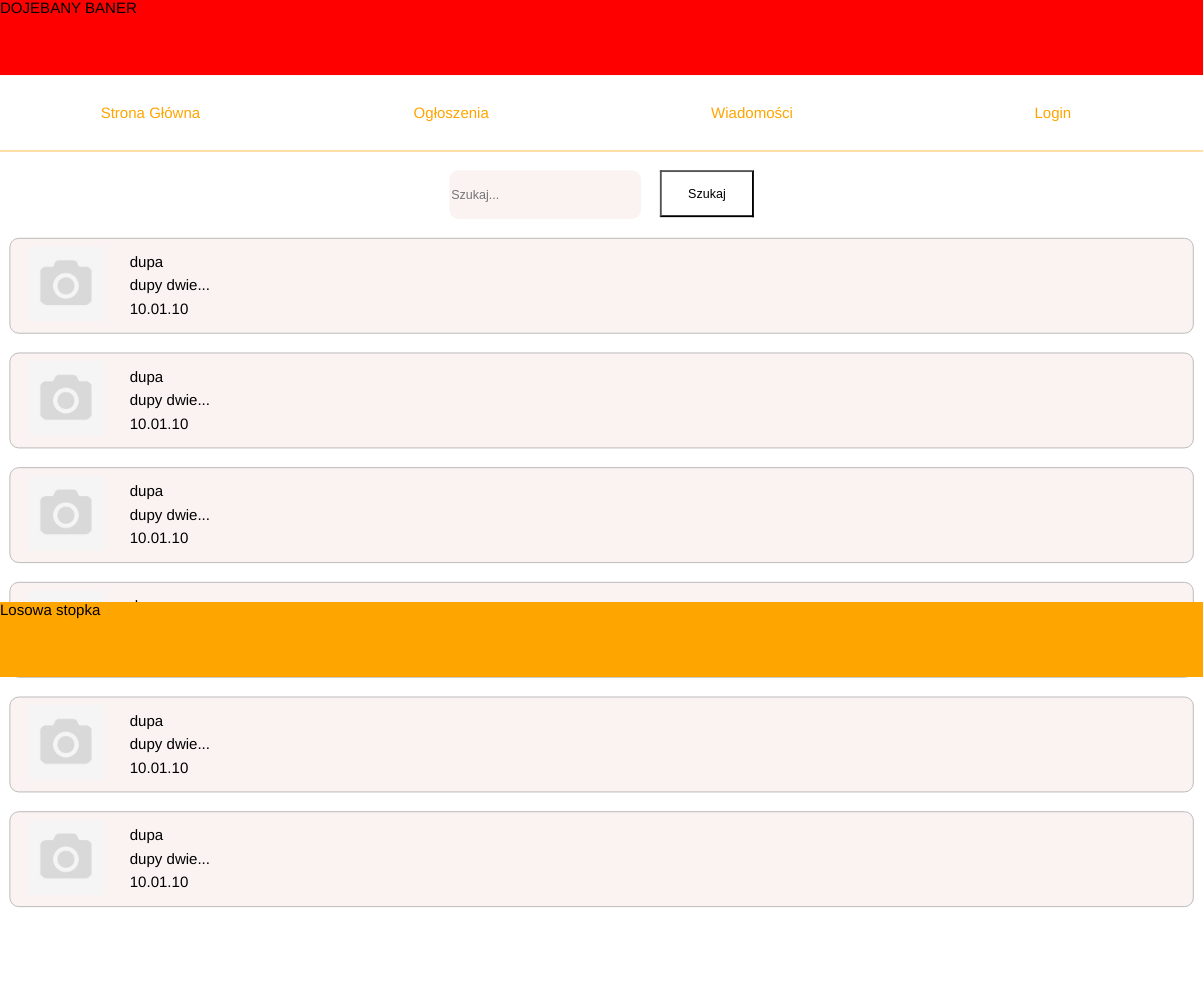
Repository: PatrykStawik/projectppz
Page: /wiadomosci
An editor plug-in stored every save of this project. The page is shown before and after the next save, followed by the edit.
The browser window is 1280 px wide. The pictures show the whole page, at 94% of full size.
The project was rebuilt for these pictures with package versions that can differ from the ones it lists, and the page was loaded fresh each time. The framework's server and built-in components were replaced by stand-ins that run in the browser.

Above is the page before, as saved 2021-05-26 11:39:49.

After the next save:
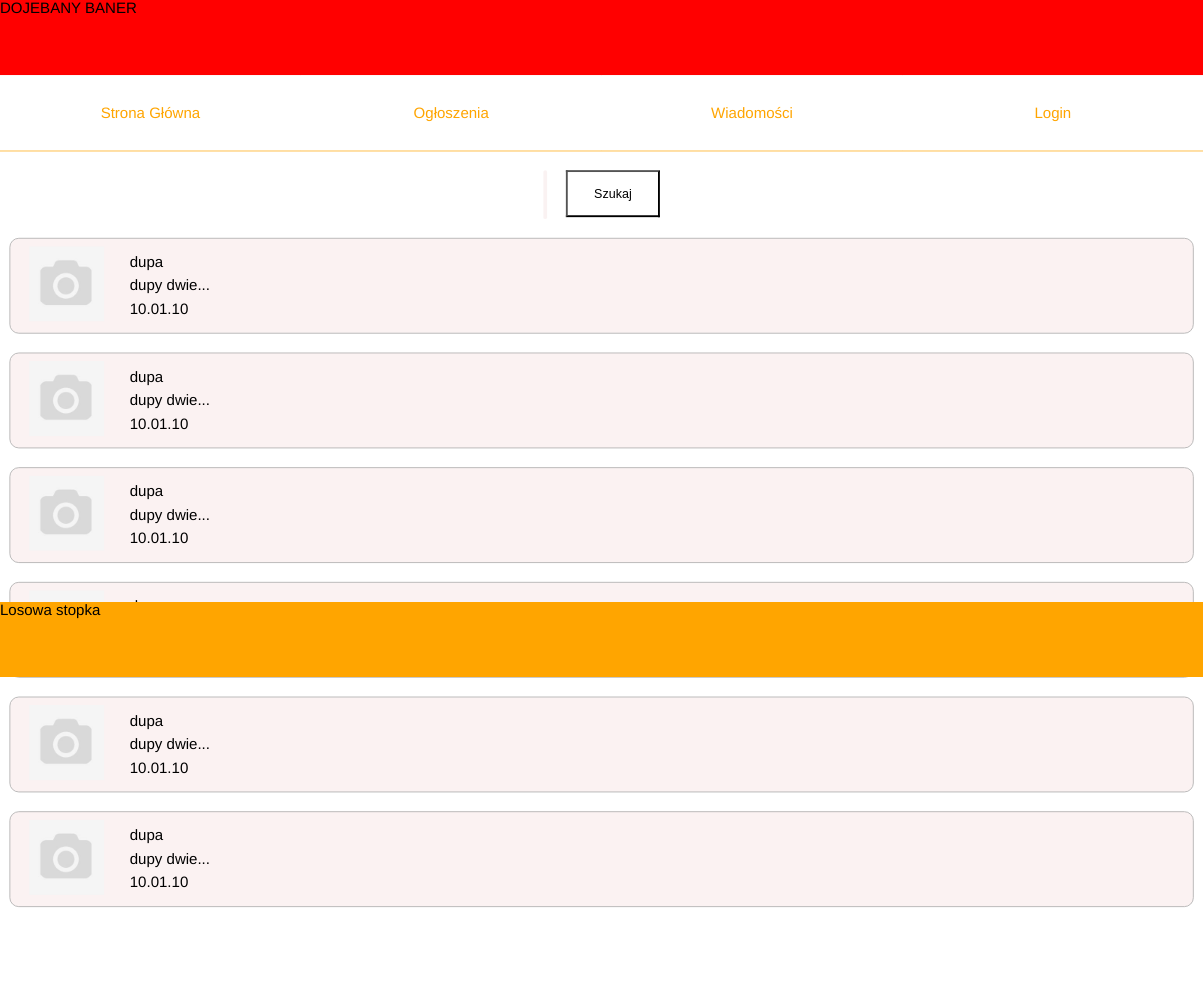
Saved 11 s later.
--- a/components/common/Input/Input.tsx
+++ b/components/common/Input/Input.tsx
@@ -8,7 +8,7 @@ interface Props {
 }
 
 const StyledInput = styled.input<Props>`
-  width: ${({ lenght }) => (lenght === 'short' ? '400px' : '200px')};
+  width: ${({ lenght }) => (lenght === 'short' ? '400px' : '0px')};
   height: ${({ variant }) => (variant === 'big' ? '30px' : '50px')};
   border-radius: 10px;
   outline: none;
